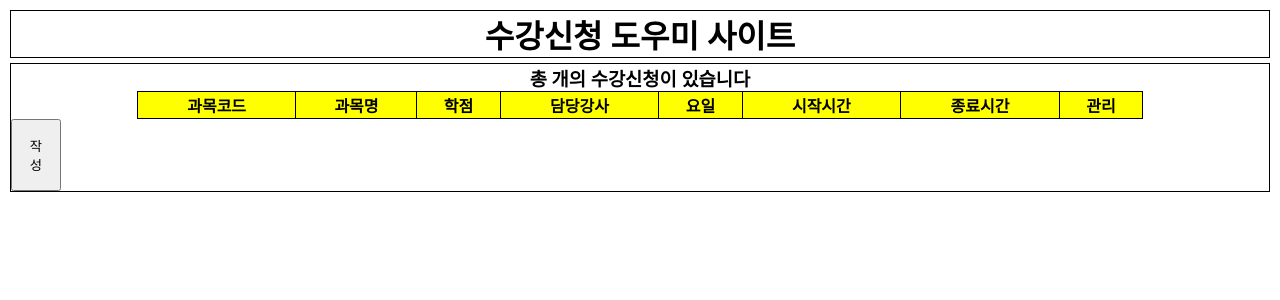
Repository: Tor1a/SpringSet
Page: http://localhost/practice02/WEB-INF/views/home.jsp
An editor plug-in stored every save of this project. The page is shown before and after the next save, followed by the edit.
The browser window is 1280 px wide. The pictures show the whole page.
The page is served by Tomcat 9. Nobody is signed in. The template is opened directly, without the code that normally fills it, so the values that code supplies are empty.

Above is the page before, as saved 2022-04-14 09:02:20.

After the next save:
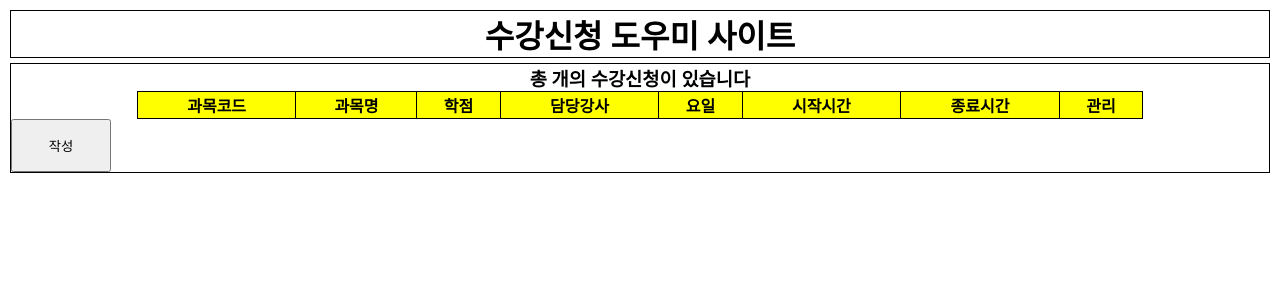
Saved 36 s later.
--- a/practice02/src/main/webapp/resources/css/home.css
+++ b/practice02/src/main/webapp/resources/css/home.css
@@ -12,7 +12,7 @@ body{width: auto; hight: auto;}
 
 #content {display:flex; flex-direction: column; justify-content: center; border: 1px solid black;}
 
-#add {display: inline-block; padding:  15px 15px; width: 50px; hight: 100px;}
+#add {display: inline-block; padding:  15px 15px; width: 100px; hight: 50px;}
 
 .liTb {margin: auto; border-collapse: collapse; border: 1px solid black; width: 80%;}
 
